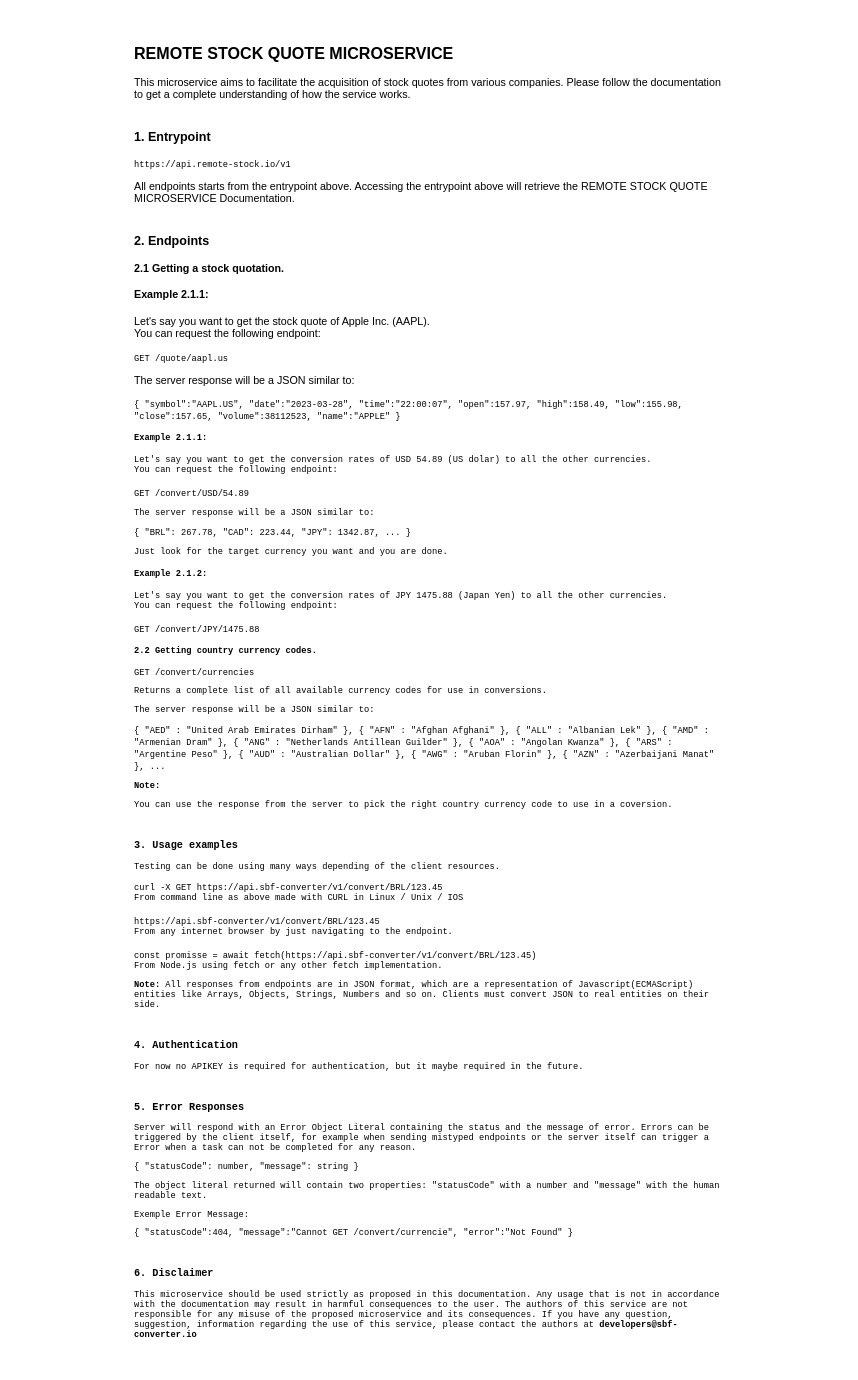
Repository: miguelamello/nest-js
Page: api-service/documentation.html
An editor plug-in stored every save of this project. The page is shown before and after the next save, followed by the edit.
The browser window is 1280 px wide. The pictures show the whole page, at 67% of full size.

Above is the page before, as saved 2023-03-28 18:09:43.

After the next save:
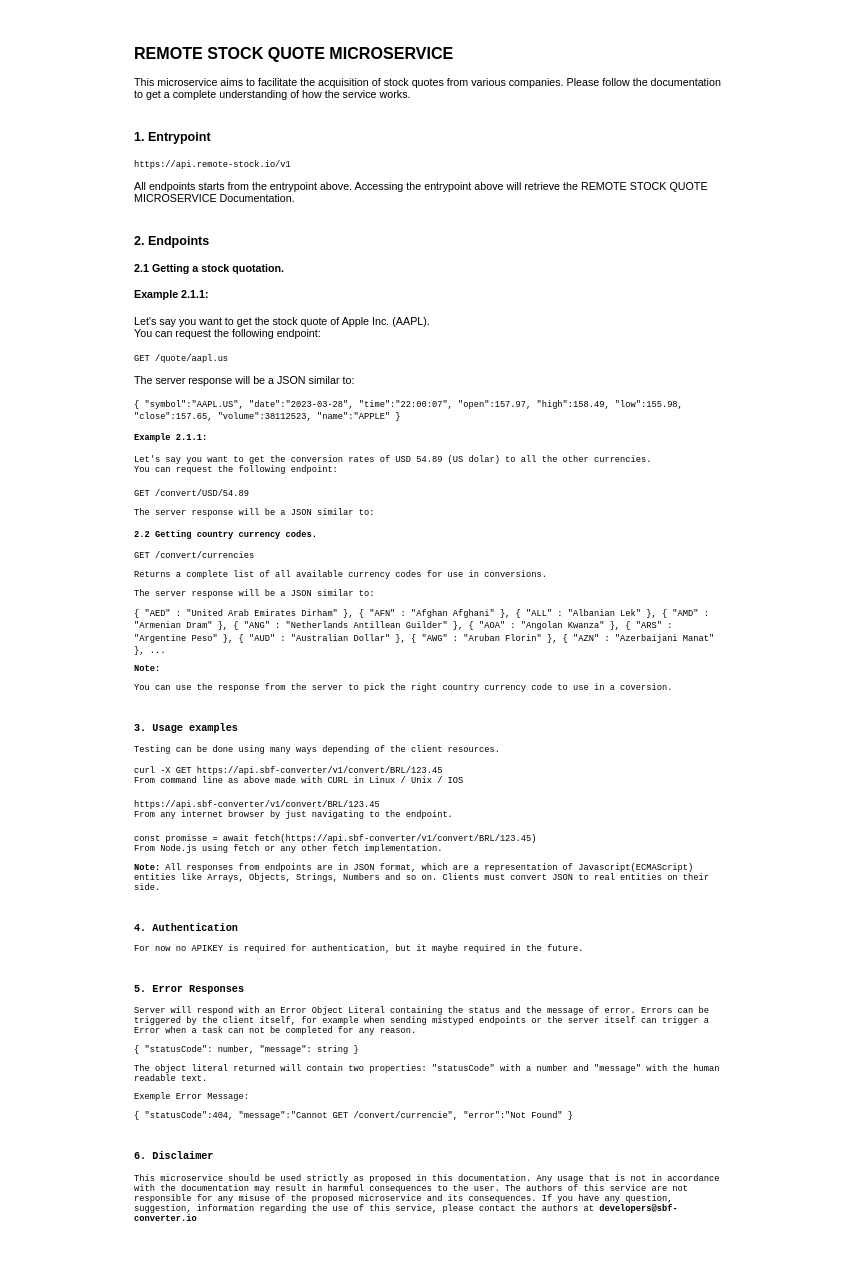
Saved 9 s later.
--- a/api-service/documentation.html
+++ b/api-service/documentation.html
@@ -63,18 +63,6 @@
     </p>
 
     <p>The server response will be a JSON similar to:</p>
-
-    <code>{ "BRL": 267.78, "CAD": 223.44, "JPY": 1342.87, ... }</code>
-
-    <p>Just look for the target currency you want and you are done.</p>
-
-    <p>
-      <h4>Example 2.1.2:</h4>
-      <div>Let's say you want to get the conversion rates of JPY 1475.88 (Japan Yen) to all the other currencies.</div>
-      <div>You can request the following endpoint:</div><br>
-      <code>GET /convert/JPY/1475.88</code>
-    </p>
-
 
   </p>
 
